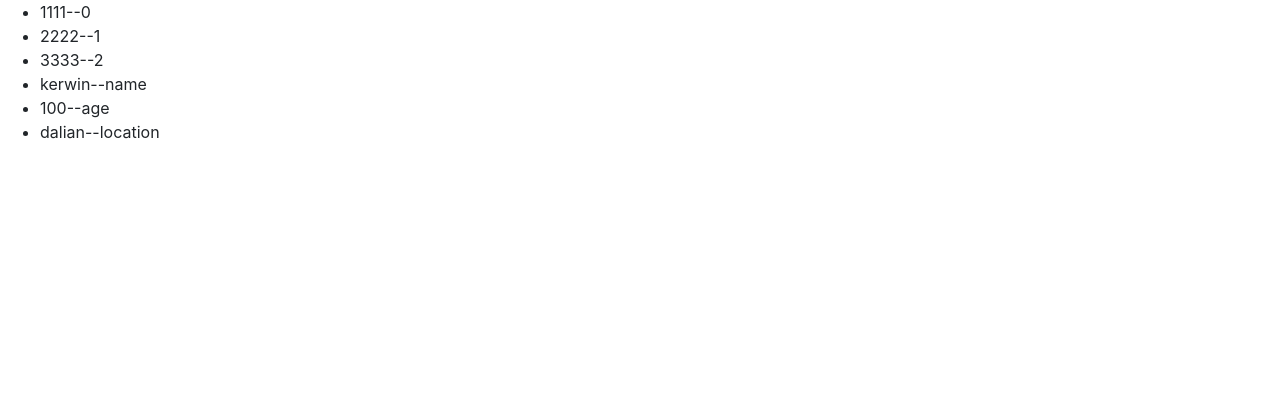
Repository: zenghao518518/Vue
Page: 4-列表渲染/01-列表渲染.html
The author's editor kept a copy of each file at every save. The page is drawn from the files as they stood at one save, then again after the next save.
The browser window is 1280 px wide. The pictures show the whole page.

Above is the page before, as saved 2023-08-14 18:13:32.

After the next save:
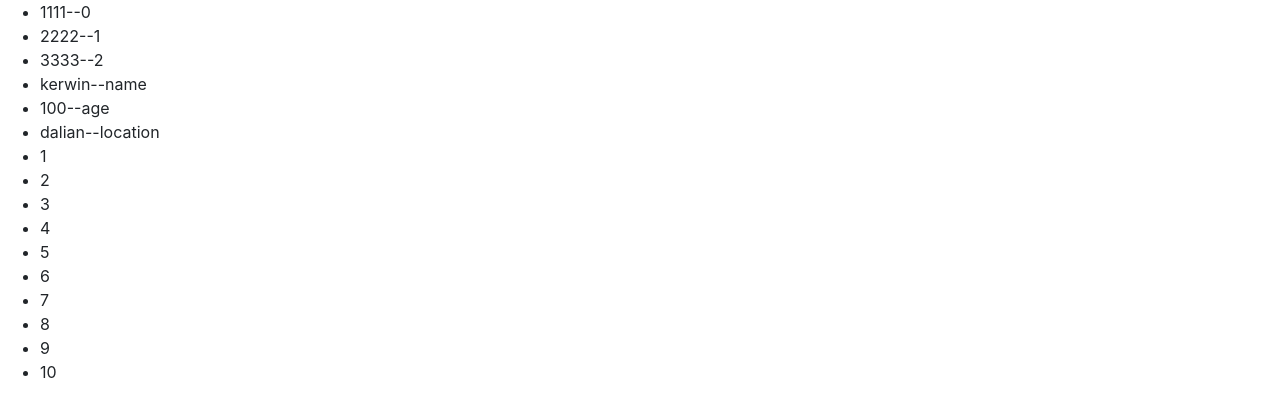
Saved 5 min 3 s later.
--- a/4-列表渲染/01-列表渲染.html
+++ b/4-列表渲染/01-列表渲染.html
@@ -20,6 +20,8 @@
 
 
         <li v-for="(item,index) of obj">{{item}}--{{index}}</li>
+
+        <li v-for="item of 10">{{item}}</li>
       </ul>
     </div>
 
